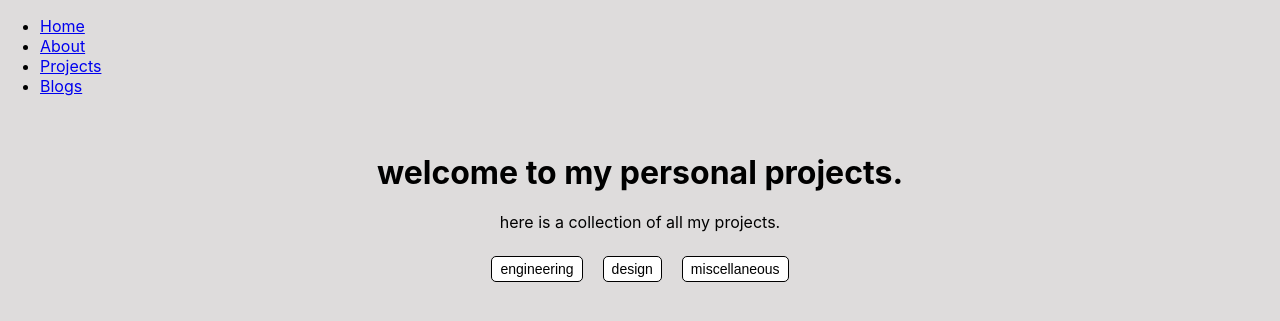
Repository: nicholaschen09/personalWebsite
Page: /projects
An editor plug-in stored every save of this project. The page is shown before and after the next save, followed by the edit.
The browser window is 1280 px wide. The pictures show the whole page.
The project was rebuilt for these pictures with package versions that can differ from the ones it lists, and the page was loaded fresh each time. Also part of the build but not shown: src/components/About.css, src/components/About.js, src/components/Home.js, src/components/Blog.css, src/components/Blog.js, src/components/Miscellaneous.css, src/components/Miscellaneous.js, src/components/Design.css and 4 more.

Above is the page before, as saved 2024-08-10 11:03:03.

### src/App.js
import React from 'react';
import { BrowserRouter as Router, Route, Routes, Link } from 'react-router-dom';
import About from './components/About.js';
import Home from './components/Home.js';
import Projects from './components/Projects.js';
import Blog from './components/Blog.js';
import Miscellaneous from './components/Miscellaneous.js';
import Design from './components/Design.js';
import Engineering from './components/Engineering.js';
import BasketBin from './components/BasketBin';

function App() {
  return (
    <Router>
      <div>
        <nav>
          <ul>
            <li>
              <Link to="/">Home</Link>
            </li>
            <li>
              <Link to="/about">About</Link>
            </li>
            <li>
              <Link to="/projects">Projects</Link>
            </li>
            <li>
              <Link to="/blogs">Blogs</Link>
            </li>
          </ul>
        </nav>

        <Routes>
          <Route path="/about" element={<About />} />
          <Route path="/" element={<Home />} />
          <Route path="/projects" element={<Projects />} />
          <Route path="/blogs" element={<Blog />} />
          <Route path="/projects/miscellaneous" element={<Miscellaneous />} />
          <Route path="/projects/design" element={<Design />} />
          <Route path="/projects/engineering" element={<Engineering />} />
          <Route path="/projects/basketbin" element={<BasketBin />} />
        </Routes>
      </div>
    </Router>
  );
}

export default App;

### src/components/Projects.js
import React from 'react';
import { Link } from 'react-router-dom';
import './Projects.css';

const Projects = () => {
    return (
        <div className="projects">
            <h1>welcome to my personal projects. </h1>
            <p>here is a collection of all my projects.</p>

            <Link to ="/projects/engineering"><button>engineering</button></Link>

            <Link to ="/projects/design"><button>design</button></Link>

            <Link to ="/projects/miscellaneous"><button>miscellaneous</button></Link>

        </div>
    );
};

export default Projects;

### src/components/Home.css
/* src/components/Home/Home.css */
.home {
    text-align: center;
    padding: 100px;
    width: 700px;
    margin-left: auto;
    margin-right: auto;
}

body {
    background-color: rgb(222, 220, 220);
}

.DinnerImage {
    width: 70%;
    height: 70%;
    margin-left: auto;
    margin-right: auto;
    display: block;
}
p {
    line-height: 1;
}

### src/components/Projects.css
/* src/components//Home.css */
.projects {
    text-align: center;
    padding: 20px;
}

.projects button {
    border: 1px solid #000000; /* Grey border */
    padding: 4px 8px; /* Smaller padding */
    background-color: #fff; /* White background */
    color: #000000; /* Grey text */
    cursor: pointer;
    font-size: 14px; /* Smaller font size */
    transition: background-color 0.3s, color 0.3s;
    border-radius: 5px; /* Rounded corners */
    margin: 10px; /* Spacing between buttons */
}

.projects button:hover {
    background-color: #a7a7a7; /* Grey background on hover */
    color: #fff; /* White text on hover */
}

Loaded but not shown: public/index.html (common file); src/index.js (common file); src/index.css (common file); src/reportWebVitals.js (common file); src/components/BasketBin.css (no stored copy; drawn as an empty file)

After the next save:
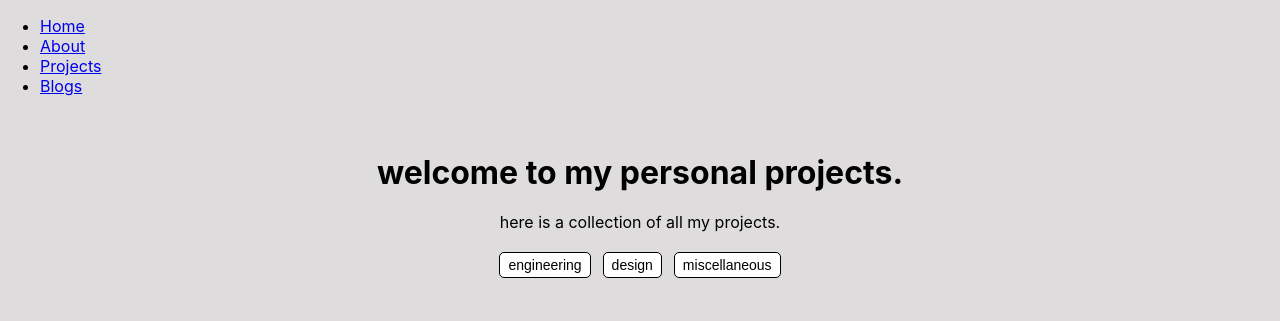
Saved 13 s later.
--- a/src/components/Projects.css
+++ b/src/components/Projects.css
@@ -13,7 +13,7 @@
     font-size: 14px; /* Smaller font size */
     transition: background-color 0.3s, color 0.3s;
     border-radius: 5px; /* Rounded corners */
-    margin: 10px; /* Spacing between buttons */
+    margin: 6px; /* Spacing between buttons */
 }
 
 .projects button:hover {
